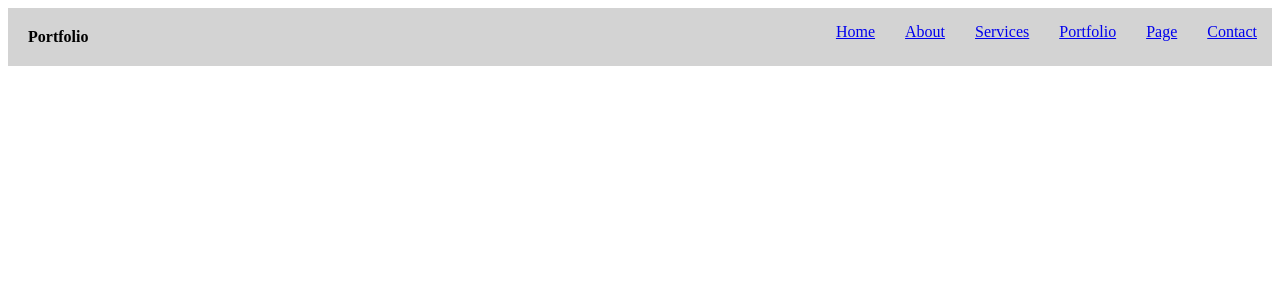
Repository: Tobby004/bdc_task_1
Page: index.html
These files come from the project's save history. The page is drawn as it stood at one moment and after the next save; the edit follows.
The browser window is 1280 px wide. The pictures show the whole page.

Above is the page before, as saved 2023-02-18 23:57:22.

### index.html
<!DOCTYPE html>
<html lang="en">
<head>
    <meta charset="UTF-8">
    <meta http-equiv="X-UA-Compatible" content="IE=edge">
    <meta name="viewport" content="width=device-width, initial-scale=1.0">
    <title>Template</title>
    <link rel="stylesheet" href="task.css">
</head>
<header>
    <b> Portfolio</b>
    <a href="#">Home</a>
    <a href="#">About</a>
    <a href="#">Services</a>
    <a href="#">Portfolio</a>
    <a href="#">Page</a>
    <a href="#">Contact</a>
</header>
<body>

</body>
</html>

### task.css
* {
    box-sizing: border-box;
}
header {
    display: flex;
    background: lightgray

}
header b {
    display: flex;
    padding: 20px;
    margin-right: 300px;
    width: 50%;

}
header a {
    padding: 15px;
    display: flex;
}
img {
    width: 300px;
    float: right;
    border-radius: 20px;

}

After the next save:
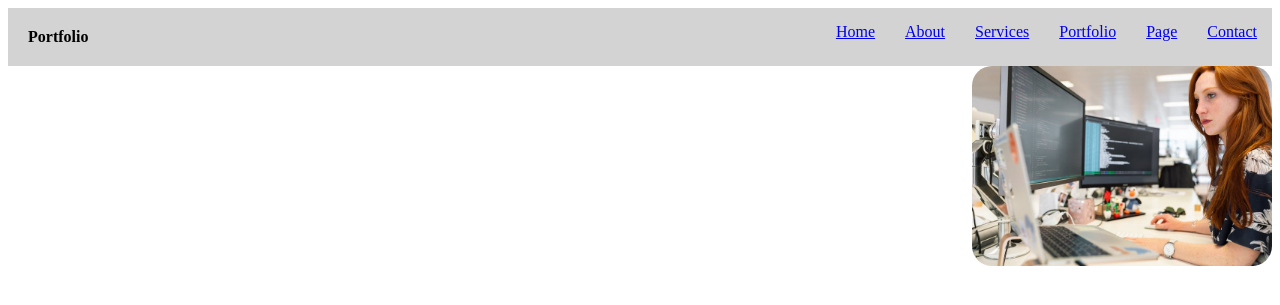
Saved 1 s later.
--- a/index.html
+++ b/index.html
@@ -17,6 +17,7 @@
     <a href="#">Contact</a>
 </header>
 <body>
-
+    <img src="img1.jpeg">
+    <h1> </h1>
 </body>
 </html>
